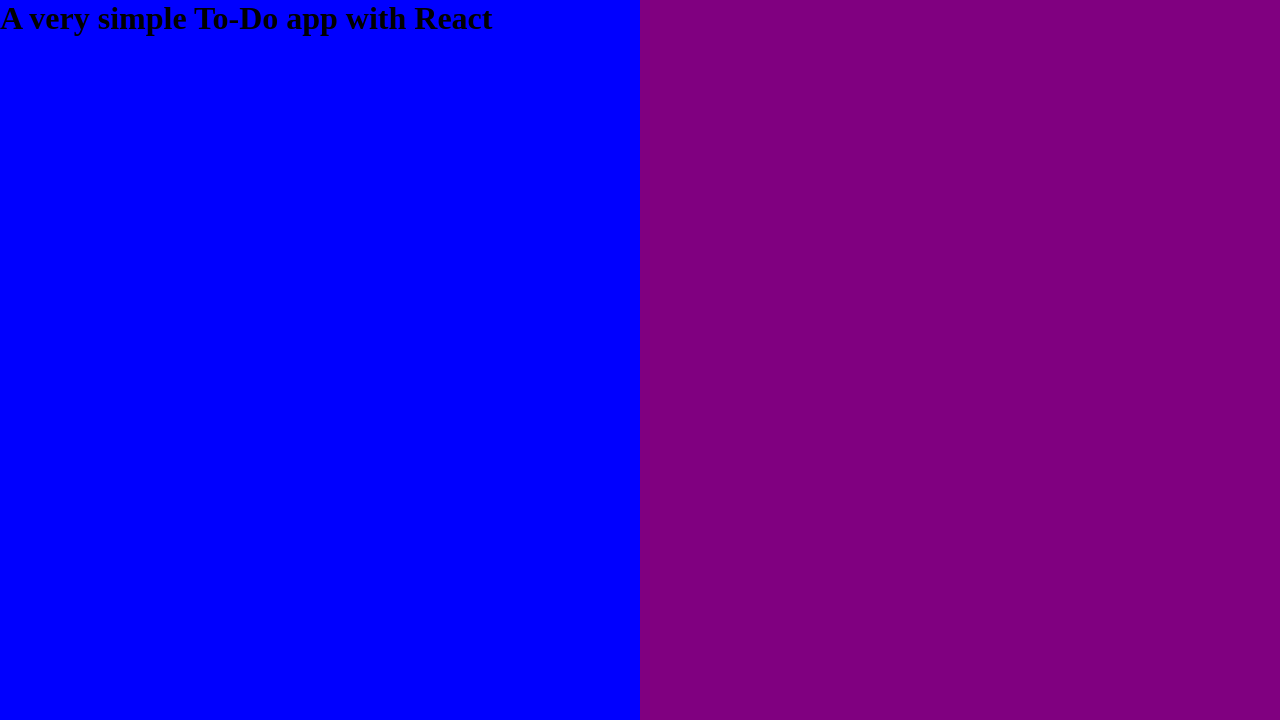
Repository: darioskpavoni/to-do-react
Page: /
These files come from the project's save history. The page is drawn as it stood at one moment and after the next save; the edit follows.
The browser window is 1280 px wide. The pictures show the whole page.
The project was rebuilt for these pictures with package versions that can differ from the ones it lists, and the page was loaded fresh each time. Also part of the build but not shown: vite.config.ts.

Above is the page before, as saved 2023-03-19 23:41:43.

After the next save:
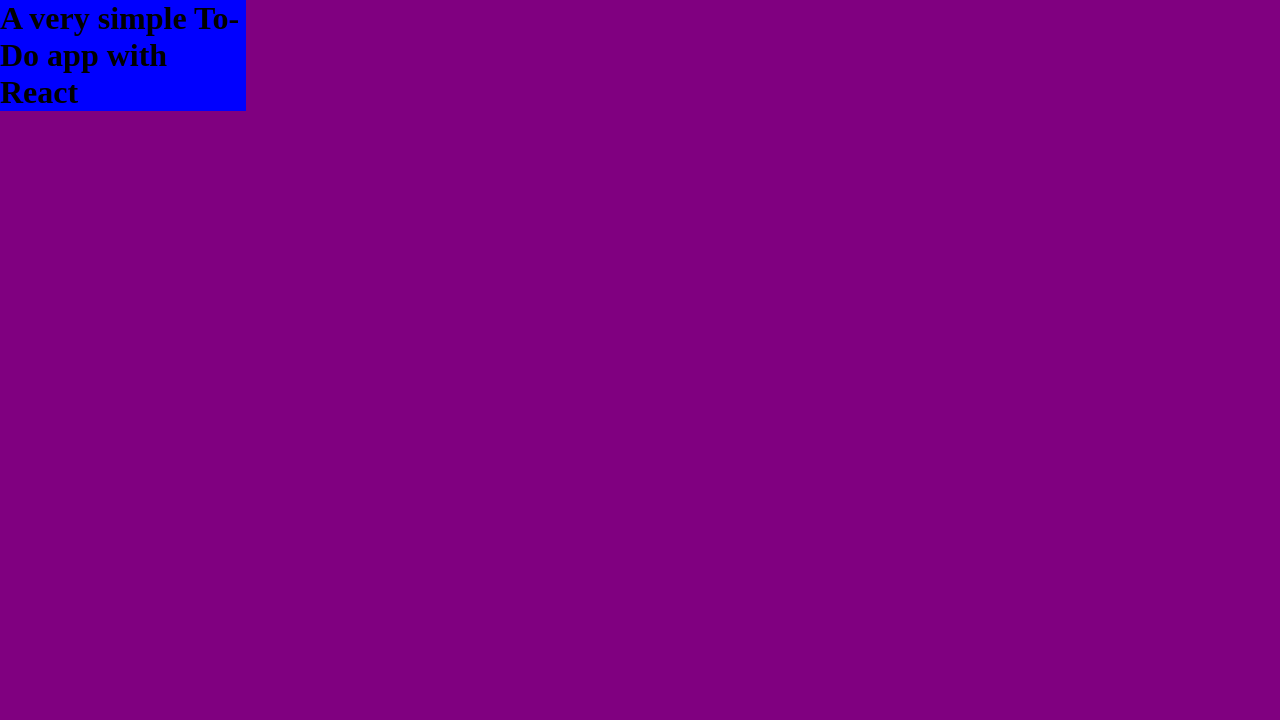
Saved 9 s later.
--- a/src/index.css
+++ b/src/index.css
@@ -1,13 +1,6 @@
 * {
   margin: 0;
   padding: 0;
-}
-
-:root,
-body,
-body > #root {
-  height: 100%;
-  width: 100%;
 }
 
 :root {
